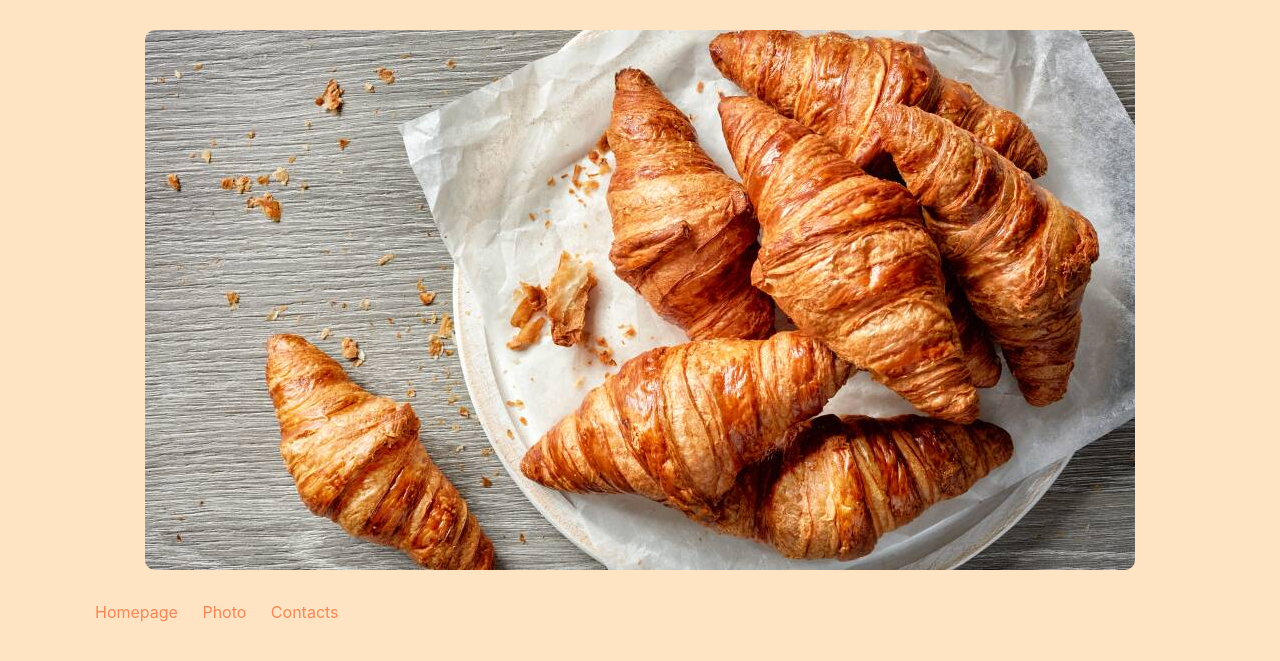
Repository: Bohoutdinova/Croissant
Page: photo.html
The author's editor kept a copy of each file at every save. The page is drawn from the files as they stood at one save, then again after the next save.
The browser window is 1280 px wide. The pictures show the whole page.

Above is the page before, as saved 2022-08-09 15:33:12.

After the next save:
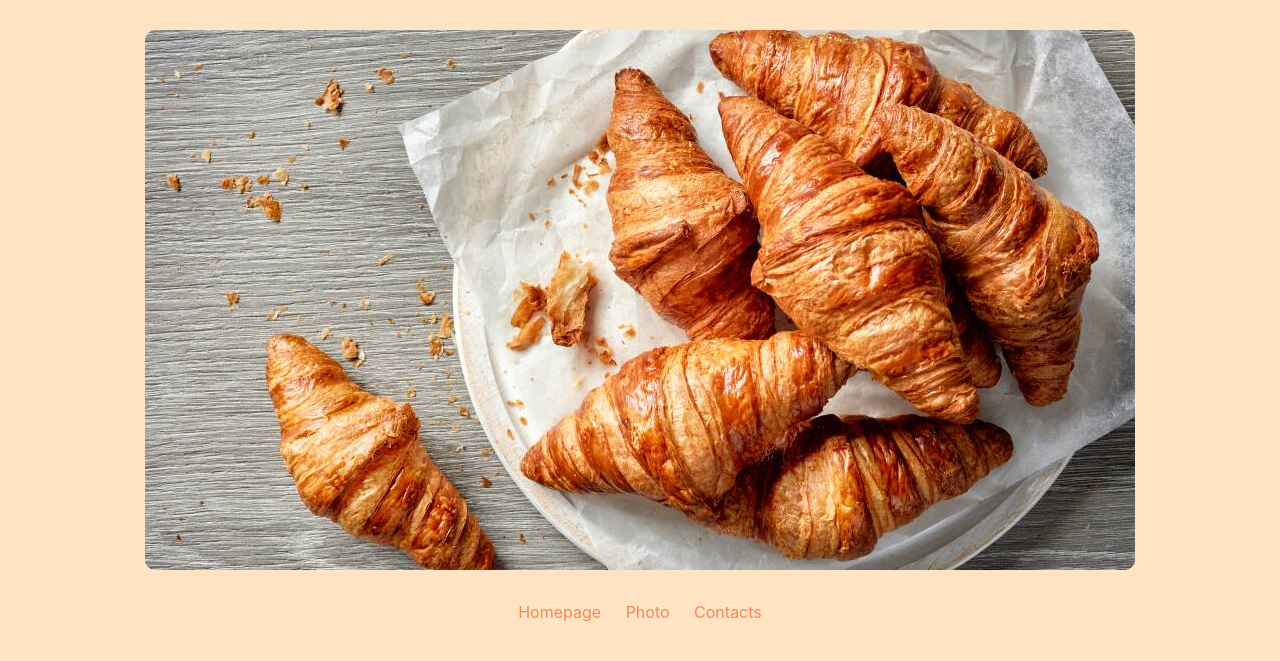
Saved 20 s later.
--- a/photo.html
+++ b/photo.html
@@ -15,10 +15,10 @@
   </head>
   <body>
     <img src="/images/download.jpeg" class="img-fluid" alt="croissant" />
-    <div class="container">
+    <footer class="main-footer">
       <a class="main-link" href="/index.html">Homepage</a>
       <a class="main-link" href="/photo.html">Photo</a>
       <a class="main-link" href="/contact.html">Contacts</a>
-    </div>
+    </footer>
   </body>
 </html>
